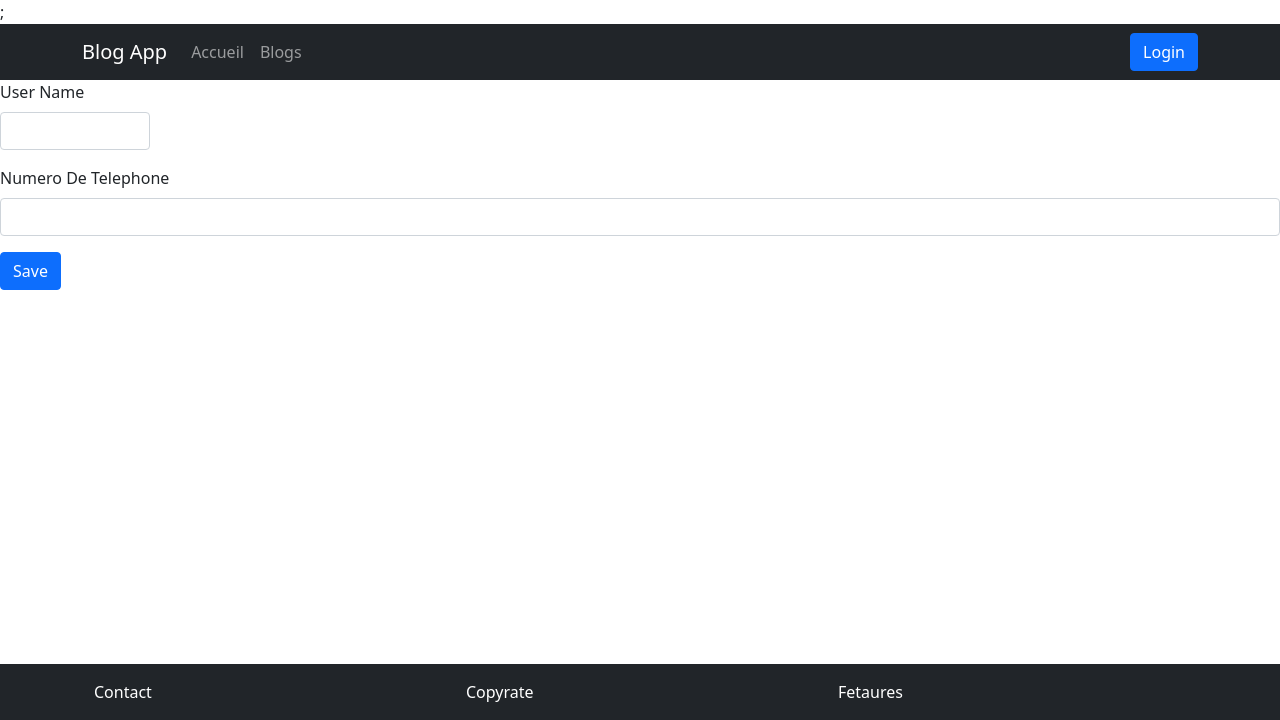
Repository: FS-23/laravel-blog-app
Page: http://localhost/user/create
The author's editor kept a copy of each file at every save. The page is drawn from the files as they stood at one save, then again after the next save.
The browser window is 1280 px wide. The pictures show the whole page.
The page is served by the project's Laravel application, run on PHP 8.4 with Laravel 9.

Above is the page before, as saved 2022-06-07 11:24:33.

After the next save:
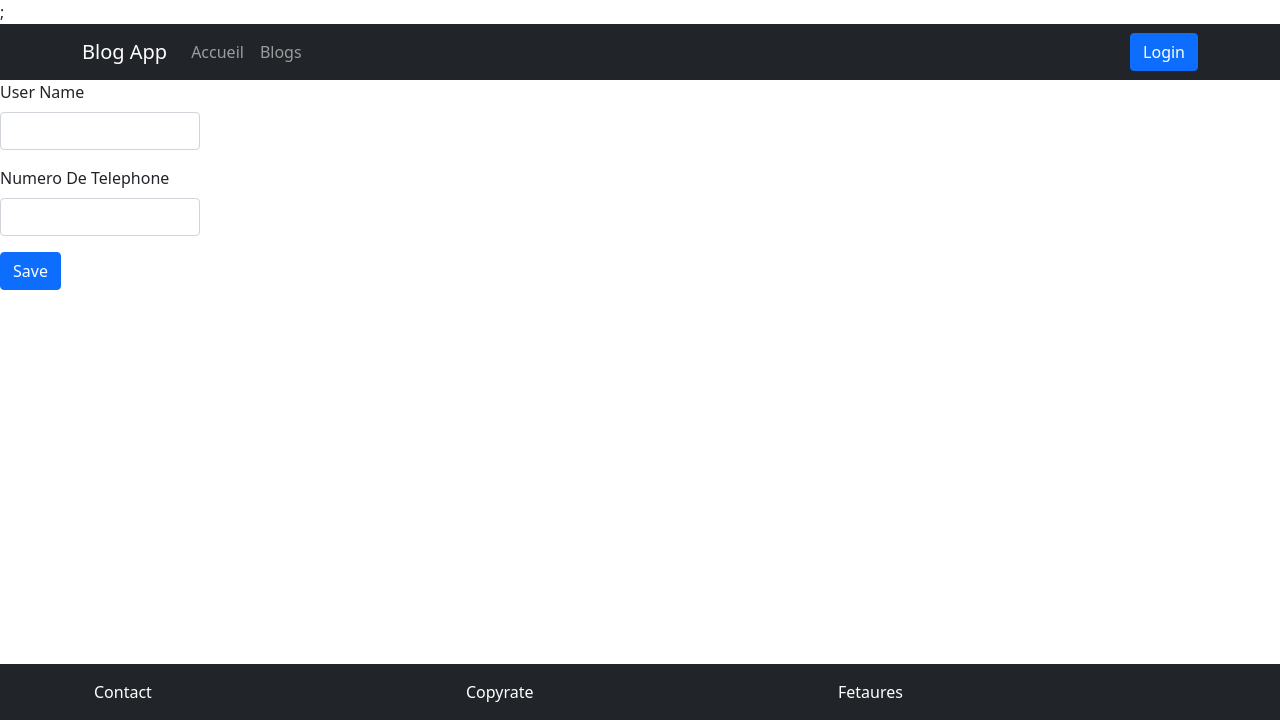
Saved 41 s later.
--- a/BlogApp/resources/views/user/create.blade.php
+++ b/BlogApp/resources/views/user/create.blade.php
@@ -2,11 +2,11 @@
 @section('content')
 
 <form method="post" action="/user/store">
-    <div class="mb-3" style="width:150px ">
+    <div class="mb-3" style="width:200px">
         <label for="exampleInputUser" class="form-label">User Name</label>
         <input type="text" class="form-control">
       </div>
-      <div class="mb-3">
+      <div class="mb-3" style="width:200px">
         <label for="exampleInputNumber" class="form-label">Numero De Telephone</label>
         <input type="number" class="form-control">
       </div>
